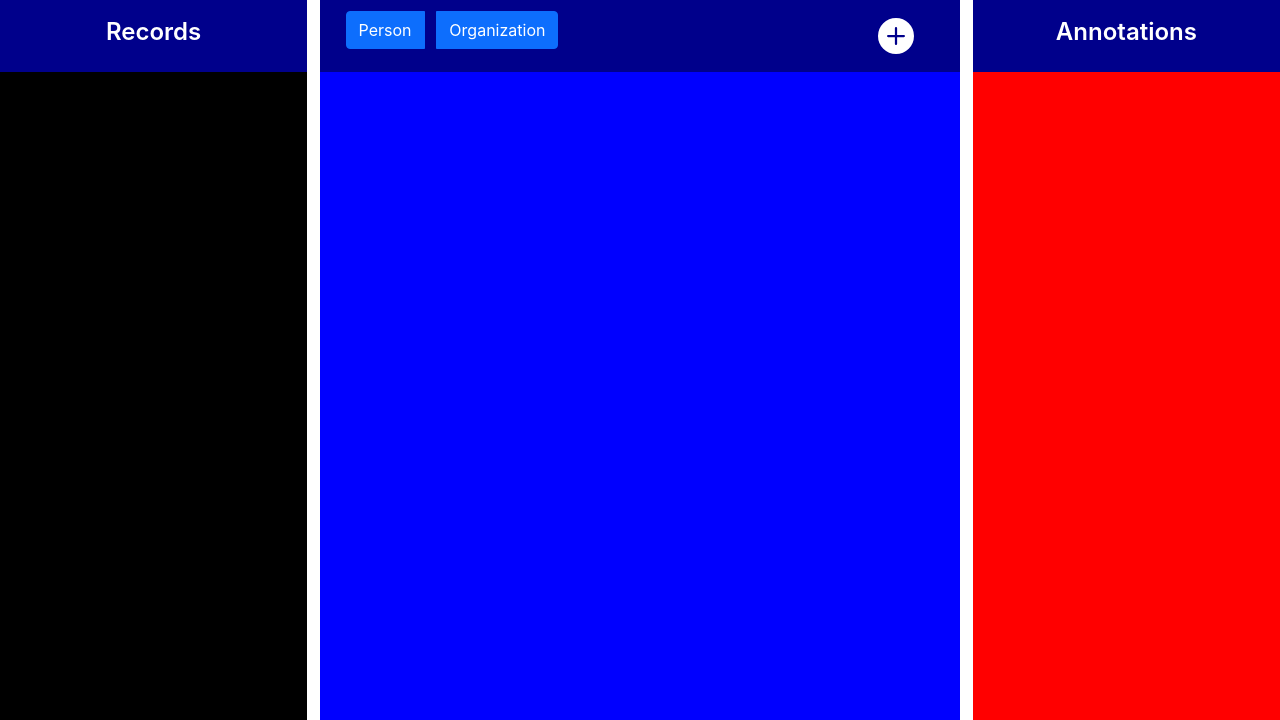
Repository: napan24/classforma_assignment
Page: / (app in client/)
The author's editor kept a copy of each file at every save. The page is drawn from the files as they stood at one save, then again after the next save.
The browser window is 1280 px wide. The pictures show the whole page.
The project was rebuilt for these pictures with package versions that can differ from the ones it lists, and the page was loaded fresh each time. Also part of the build but not shown: client/src/App.css.

Above is the page before, as saved 2022-07-19 17:07:05.

### client/public/index.html
<!DOCTYPE html>
<html lang="en">
  <head>
    <meta charset="utf-8" />
    <link rel="icon" href="%PUBLIC_URL%/favicon.ico" />
    <meta name="viewport" content="width=device-width, initial-scale=1" />
    <meta name="theme-color" content="#000000" />
    <meta
      name="description"
      content="Web site created using create-react-app"
    />
    <link href="https://cdn.jsdelivr.net/npm/bootstrap@5.1.3/dist/css/bootstrap.min.css" rel="stylesheet" integrity="sha384-1BmE4kWBq78iYhFldvKuhfTAU6auU8tT94WrHftjDbrCEXSU1oBoqyl2QvZ6jIW3" crossorigin="anonymous">
    <link rel="apple-touch-icon" href="%PUBLIC_URL%/logo192.png" />
    <!--
      manifest.json provides metadata used when your web app is installed on a
      user's mobile device or desktop. See https://developers.google.com/web/fundamentals/web-app-manifest/
    -->
    <link rel="manifest" href="%PUBLIC_URL%/manifest.json" />
    <!--
      Notice the use of %PUBLIC_URL% in the tags above.
      It will be replaced with the URL of the `public` folder during the build.
      Only files inside the `public` folder can be referenced from the HTML.

      Unlike "/favicon.ico" or "favicon.ico", "%PUBLIC_URL%/favicon.ico" will
      work correctly both with client-side routing and a non-root public URL.
      Learn how to configure a non-root public URL by running `npm run build`.
    -->
    <title>React App</title>
  </head>
  <body>
    <noscript>You need to enable JavaScript to run this app.</noscript>
    <div id="root"></div>
    <!--
      This HTML file is a template.
      If you open it directly in the browser, you will see an empty page.

      You can add webfonts, meta tags, or analytics to this file.
      The build step will place the bundled scripts into the <body> tag.

      To begin the development, run `npm start` or `yarn start`.
      To create a production bundle, use `npm run build` or `yarn build`.
    -->
    <script src="https://cdn.jsdelivr.net/npm/bootstrap@5.1.3/dist/js/bootstrap.bundle.min.js" integrity="sha384-ka7Sk0Gln4gmtz2MlQnikT1wXgYsOg+OMhuP+IlRH9sENBO0LRn5q+8nbTov4+1p" crossorigin="anonymous"></script>
  </body>
</html>

### client/src/App.js
import logo from './logo.svg';
import './App.css';
import Home from './Home';

function App() {
  return (
    <>
      <Home></Home>
    </>
  );
}

export default App;

### client/src/Home.js
import React from 'react'

const Home = () => {
    return (
        <>
            <div style={{ display: 'flex', width: "100vw", height: "100vh" }}>
                <div style={{ width: "24vw", height: "100vh", backgroundColor: "black", marginRight: "1vw" }}>
                    <div style={{ width: "24vw", height: "10vh", backgroundColor: "#00008b", textAlign: 'center', fontSize: '150%', color: "white", fontWeight: "600", position: "fixed" }}>
                        <p style={{ marginTop: "2vh" }}>
                            Records
                        </p>
                    </div>
                    <div>

                    </div>
                </div>
                <div style={{ width: "50vw", height: "100vh", backgroundColor: "blue", marginRight: "1vw" }}>
                    <div style={{ width: "50vw", height: "10vh", backgroundColor: "#00008b",position:'relative' }}>
                        <div class="btn-group" style={{ marginTop: "1.5vh", marginLeft: "2vw" }}>
                            <button type="button" class="btn btn-primary" style={{ marginRight: "1vw" }}>Person</button>
                            <button type="button" class="btn btn-primary">Organization</button>
                        </div>
                        <svg style={{width:"20%",height:"50%",marginTop:'2.5vh',position:"absolute",right:"0",color:"white"}} xmlns="http://www.w3.org/2000/svg" fill="currentColor" class="bi bi-plus-circle-fill" viewBox="0 0 16 16">
                            <path d="M16 8A8 8 0 1 1 0 8a8 8 0 0 1 16 0zM8.5 4.5a.5.5 0 0 0-1 0v3h-3a.5.5 0 0 0 0 1h3v3a.5.5 0 0 0 1 0v-3h3a.5.5 0 0 0 0-1h-3v-3z" />
                        </svg>
                    </div>
                    <div>

                    </div>
                </div>
                <div style={{ width: "24vw", height: "100vh", backgroundColor: "red" }}>
                    <div style={{ width: "24vw", height: "10vh", backgroundColor: "#00008b", textAlign: 'center', fontSize: '150%', color: "white", fontWeight: "600", position: "fixed" }}>
                        <p style={{ marginTop: "2vh" }}>
                            Annotations
                        </p>
                    </div>
                    <div>

                    </div>
                </div>
            </div>
        </>
    )
}

export default Home

Loaded but not shown: client/src/index.js (common file); client/src/index.css (common file); client/src/reportWebVitals.js (common file)

After the next save:
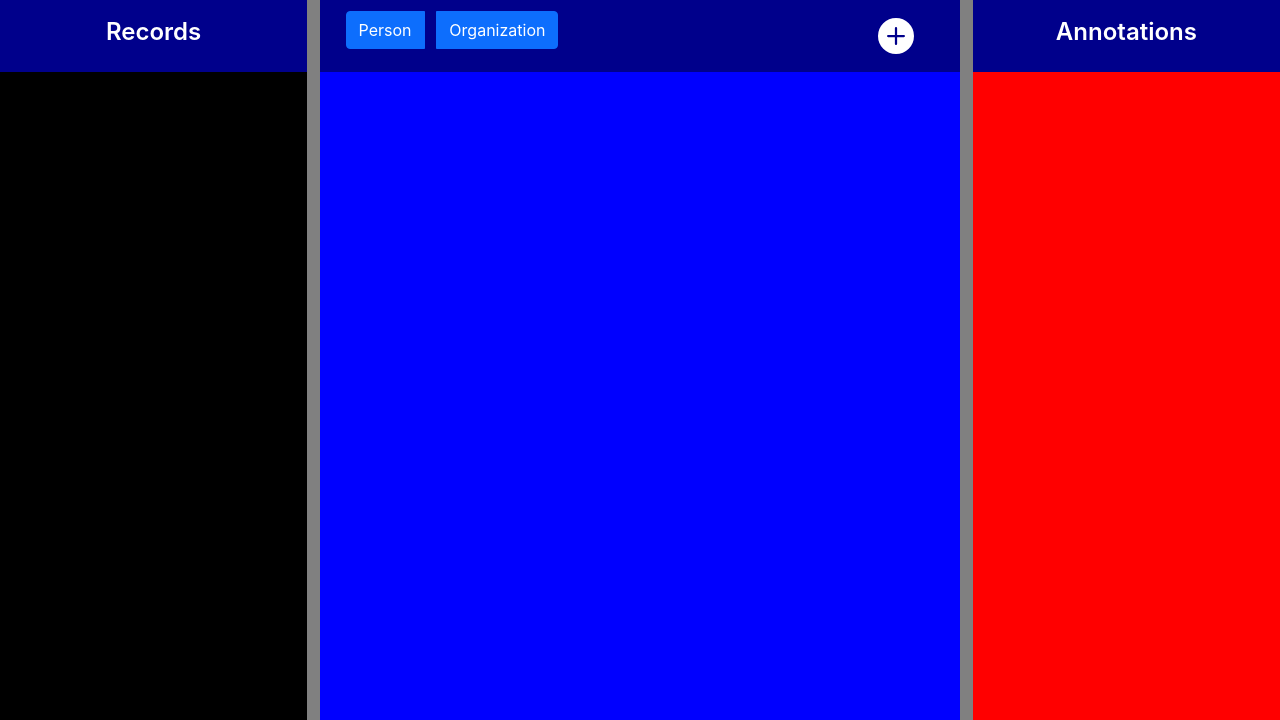
Saved 22 s later.
--- a/client/src/Home.js
+++ b/client/src/Home.js
@@ -3,7 +3,7 @@ import React from 'react'
 const Home = () => {
     return (
         <>
-            <div style={{ display: 'flex', width: "100vw", height: "100vh" }}>
+            <div style={{ display: 'flex', width: "100vw", height: "100vh",backgroundColor:"grey" }}>
                 <div style={{ width: "24vw", height: "100vh", backgroundColor: "black", marginRight: "1vw" }}>
                     <div style={{ width: "24vw", height: "10vh", backgroundColor: "#00008b", textAlign: 'center', fontSize: '150%', color: "white", fontWeight: "600", position: "fixed" }}>
                         <p style={{ marginTop: "2vh" }}>
